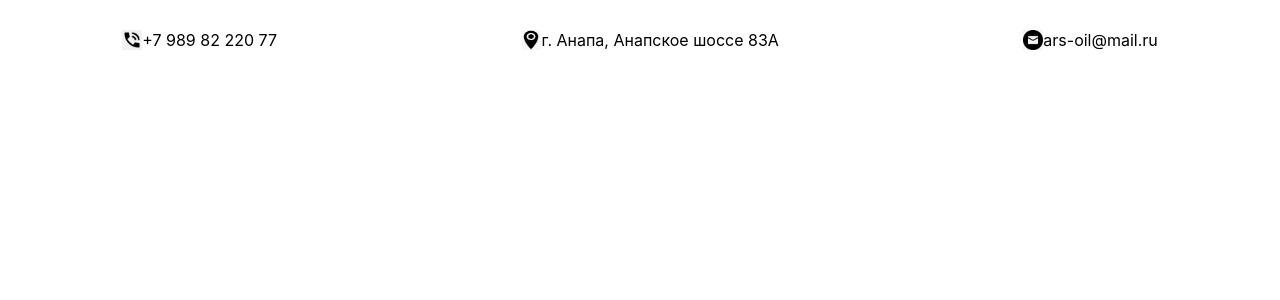
Repository: Vahe4836/new-project--Vahe
Page: /
An editor plug-in stored every save of this project. The page is shown before and after the next save, followed by the edit.
The browser window is 1280 px wide. The pictures show the whole page.
The project was rebuilt for these pictures with package versions that can differ from the ones it lists, and the page was loaded fresh each time.

Above is the page before, as saved 2022-02-25 14:26:41.

### public/index.html
<!DOCTYPE html>
<html lang="en">
  <head>
    <meta charset="utf-8" />
    <link rel="icon" href="%PUBLIC_URL%/favicon.ico" />
    <meta name="viewport" content="width=device-width, initial-scale=1" />
    <meta name="theme-color" content="#000000" />
    <meta
      name="description"
      content="Web site created using create-react-app"
    />
    <link rel="apple-touch-icon" href="%PUBLIC_URL%/logo192.png" />
    <!--
      manifest.json provides metadata used when your web app is installed on a
      user's mobile device or desktop. See https://developers.google.com/web/fundamentals/web-app-manifest/
    -->
    <link rel="manifest" href="%PUBLIC_URL%/manifest.json" />
    <!--
      Notice the use of %PUBLIC_URL% in the tags above.
      It will be replaced with the URL of the `public` folder during the build.
      Only files inside the `public` folder can be referenced from the HTML.

      Unlike "/favicon.ico" or "favicon.ico", "%PUBLIC_URL%/favicon.ico" will
      work correctly both with client-side routing and a non-root public URL.
      Learn how to configure a non-root public URL by running `npm run build`.
    -->
    <title>Золотая колесница</title>
  </head>
  <body>
    <noscript>You need to enable JavaScript to run this app.</noscript>
    <div id="root"></div>
    <!--
      This HTML file is a template.
      If you open it directly in the browser, you will see an empty page.

      You can add webfonts, meta tags, or analytics to this file.
      The build step will place the bundled scripts into the <body> tag.

      To begin the development, run `npm start` or `yarn start`.
      To create a production bundle, use `npm run build` or `yarn build`.
    -->
  </body>
</html>

### src/App.js
import React from 'react';
import './App.css';
import Header from './Layouts/Header/Header';

function App() {
  return (
    <Header />
  )

}

export default App;

### src/Layouts/Header/Header.jsx
import React from "react";
import style from "./Header.module.scss";
import geo from "../../Images/Geo.png";
import mail from "../../Images/mail.jpg";
import tel from "../../Images/Tel.png";

export default function Header() {
  return (
    <div className={style.adressbox}>
      <ul>
        <li>
          {" "}
          <img src={tel} width ={20} height = {20} alt="" /> <p>+7 989 82 220 77</p>{" "}
        </li>
        <li>
          {" "}
          <img src={geo} width ={20} height = {20} alt="" /> <p>г. Анапа, Анапское шоссе 83А</p>{" "}
        </li>
        <li>
          {" "}
          <img src={mail} width ={20} height = {20} alt="" /> <p>ars-oil@mail.ru</p> {" "}
        </li>
      </ul>
    </div>
  );
}

### src/Layouts/Header/Header.module.scss
.adressbox{
    width: 100%;
    height: 70px;


    >ul{
        display: flex;
        justify-content: space-around;
        margin-top: 30px;
        >li{
            list-style: none;
            display: flex;
            >img{


            }
            >p{}
        }
    }
}

Loaded but not shown: src/index.js (common file); src/index.css (common file); src/reportWebVitals.js (common file); src/App.css (common file)

After the next save:
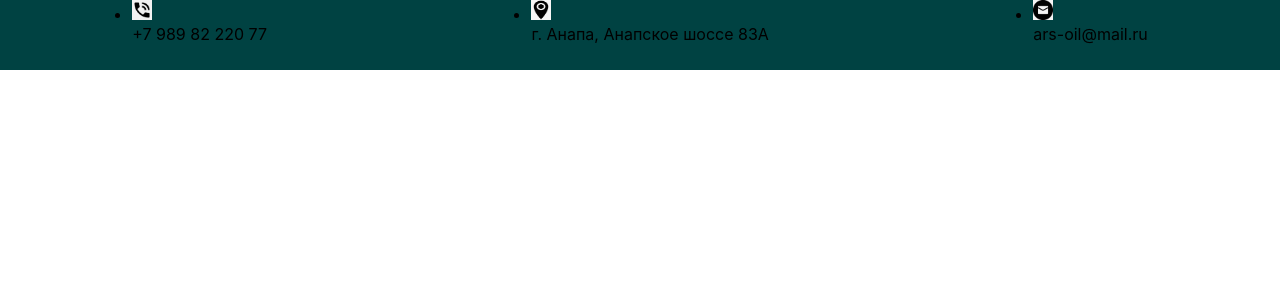
Saved 8 s later.
--- a/src/Layouts/Header/Header.module.scss
+++ b/src/Layouts/Header/Header.module.scss
@@ -1,20 +1,10 @@
 .adressbox{
     width: 100%;
     height: 70px;
-
+    background-color: #004242;
 
     >ul{
         display: flex;
         justify-content: space-around;
-        margin-top: 30px;
-        >li{
-            list-style: none;
-            display: flex;
-            >img{
-
-
-            }
-            >p{}
-        }
     }
 }
